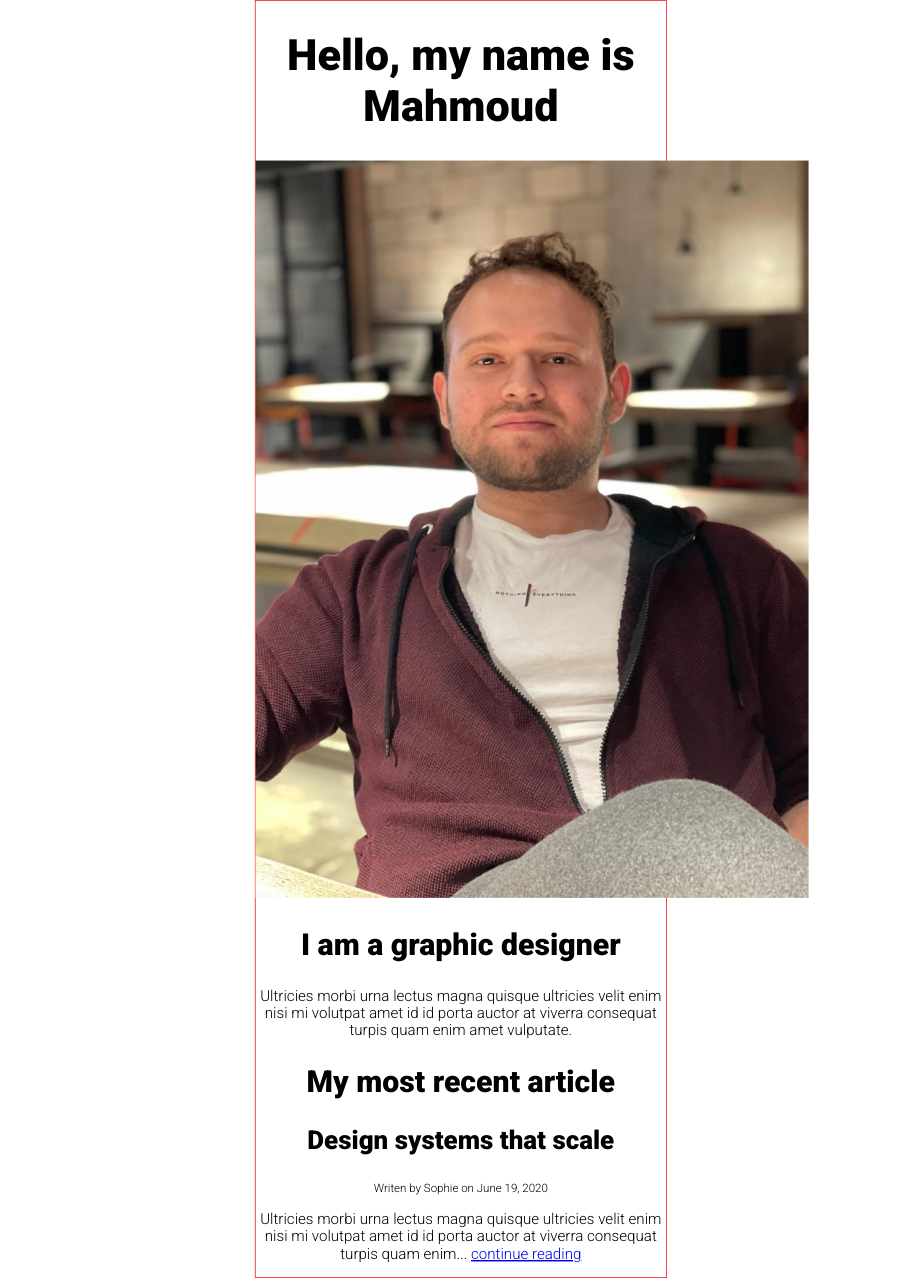
Repository: Doumham-Armah/portfolio
Page: index.html
The author's editor kept a copy of each file at every save. The page is drawn from the files as they stood at one save, then again after the next save.
The browser window is 1280 px wide. The pictures show the whole page, at 72% of full size.

Above is the page before, as saved 2021-08-16 23:11:13.

### index.html
<!DOCTYPE html>
<html>
  <head>
    <title>HTML & CSS Fundamentals | Challenges</title>
    <link rel="preconnect" href="https://fonts.googleapis.com" />
    <link rel="preconnect" href="https://fonts.gstatic.com" crossorigin />
    <link
      href="https://fonts.googleapis.com/css2?family=Roboto:wght@300;900&display=swap"
      rel="stylesheet"
    />
    <link href="./style.css" rel="stylesheet" />
  </head>

  <body>
    <div class="container">
      <h1>Hello, my name is Mahmoud</h1>
      <img src="./images/photo.jpeg" alt="image of me" />
      <h2>I am a graphic designer</h2>
      <p>
        Ultricies morbi urna lectus magna quisque ultricies velit enim nisi mi
        volutpat amet id id porta auctor at viverra consequat turpis quam enim
        amet vulputate.
      </p>

      <h2>My most recent article</h2>
      <article>
        <h3>Design systems that scale</h3>
        <p class="small-text">Writen by Sophie on June 19, 2020</p>
        <p>
          Ultricies morbi urna lectus magna quisque ultricies velit enim nisi mi
          volutpat amet id id porta auctor at viverra consequat turpis quam
          enim... <a href="#">continue reading</a>
        </p>
      </article>
    </div>
  </body>
</html>

### style.css
body {
  margin: 0;
  font-size: 1.3125rem;
}

.container {
  width: 570px;
  margin: 0 auto;
  border: 1px solid red;
  text-align: center;
  font-family: "Roboto", sans-serif;
}

h1 {
  font-size: 3.75rem;
}

h2 {
  font-size: 2.625rem;
}

h3 {
  font-size: 2.25rem;
}

.small-text {
  font-size: 16px;
}

After the next save:
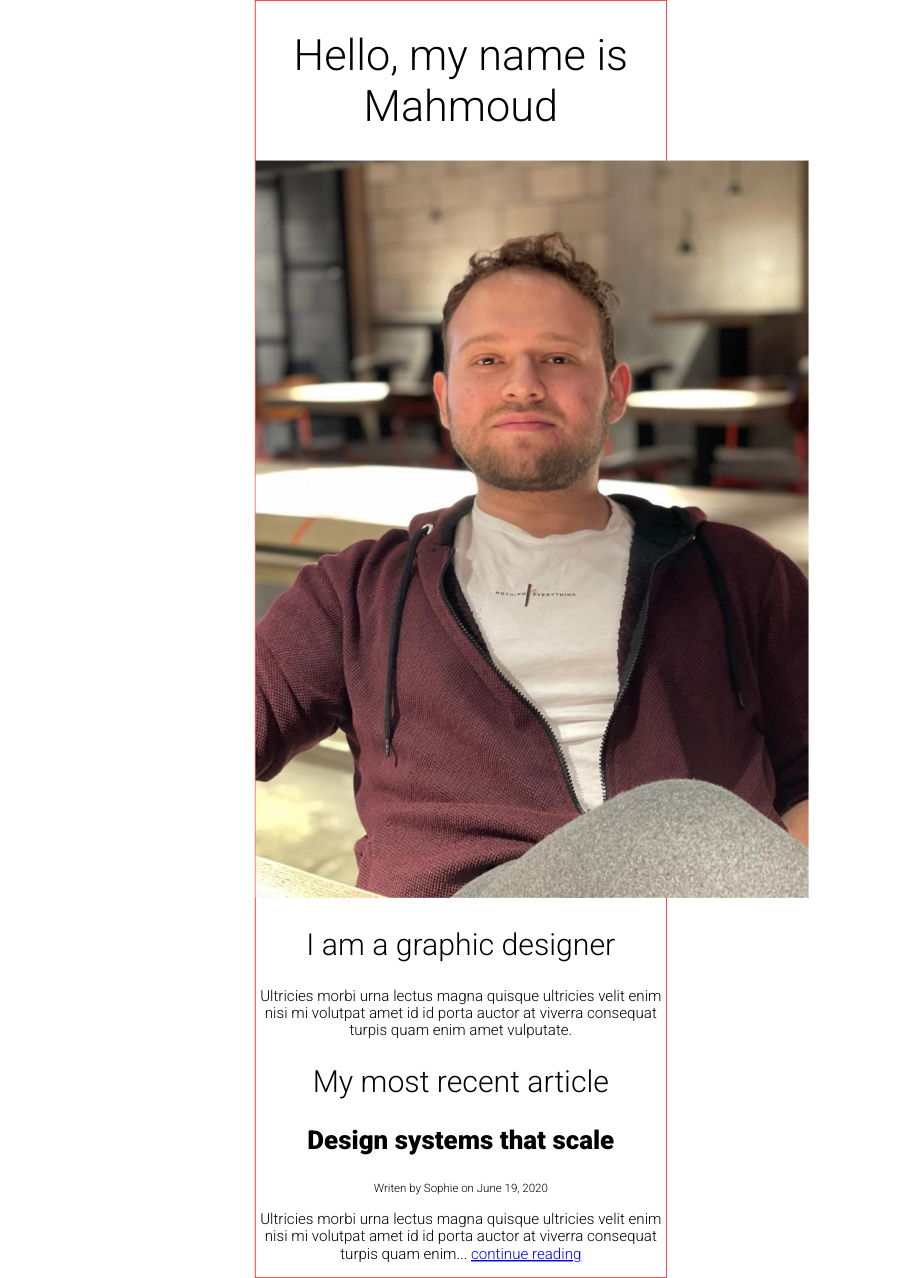
Saved 80 s later.
--- a/style.css
+++ b/style.css
@@ -9,6 +9,11 @@ body {
   border: 1px solid red;
   text-align: center;
   font-family: "Roboto", sans-serif;
+}
+
+h1,
+h2 {
+  font-weight: 300;
 }
 
 h1 {
